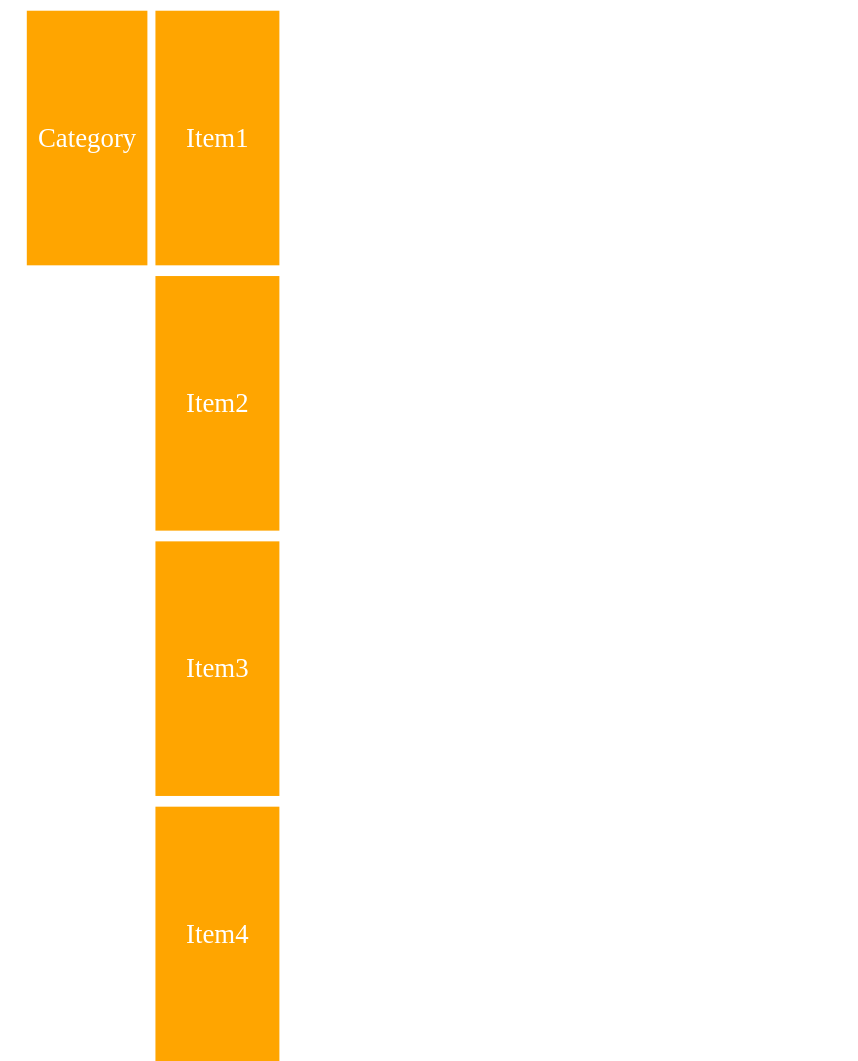
Repository: Huy48552/Grid-base
Page: layout2.html
The author's editor kept a copy of each file at every save. The page is drawn from the files as they stood at one save, then again after the next save.
The browser window is 1280 px wide. The pictures show the whole page, at 67% of full size.

Above is the page before, as saved 2021-08-23 15:10:06.

### layout2.html
<!DOCTYPE html>
<html lang="en">
<head>
    <meta charset="UTF-8">
    <meta http-equiv="X-UA-Compatible" content="IE=edge">
    <meta name="viewport" content="width=device-width, initial-scale=1.0">
    <link rel="stylesheet" href="./base.css">
    <link rel="stylesheet" href="style.css">
    <title>Document</title>
</head>
<body>
    <div class="grid wide">
        <div class="row">
            <div class="col l-2">
                <div class="item">Category</div>
            </div>

            <div class="icol l-10">
                <div class="row">
                    <div class="col l-2-4">
                        <div class="item">Item1</div>
                        <div class="item">Item2</div>
                        <div class="item">Item3</div>
                        <div class="item">Item4</div>
                        <!-- <div class="item">Item5</div> -->
                    </div>
                </div>
            </div>
        </div>
    </div>
</body>
</html>

### base.css
.grid {
    width: 100%;
    display: block;
    padding: 0;
}

.grid.wide {
    max-width: 1200px;
    margin: 0 auto;
}

.row {
    display: flex;
    flex-wrap: wrap;
    margin-left: -4px;
    margin-right: -4px;
}

.row.no-gutters {
    margin-left: 0;
    margin-right: 0;
}

.col {
    padding-left: 4px;
    padding-right: 4px;
}

.row.no-gutters .col {
    padding-left: 0;
    padding-right: 0;
}

.c-0 {
    display: none;
}

.c-1 {
    flex: 0 0 8.33333%;
    max-width: 8.33333%;
}

.c-2 {
    flex: 0 0 16.66667%;
    max-width: 16.66667%;
}

.c-3 {
    flex: 0 0 25%;
    max-width: 25%;
}

.c-4 {
    flex: 0 0 33.33333%;
    max-width: 33.33333%;
}

.c-5 {
    flex: 0 0 41.66667%;
    max-width: 41.66667%;
}

.c-6 {
    flex: 0 0 50%;
    max-width: 50%;
}

.c-7 {
    flex: 0 0 58.33333%;
    max-width: 58.33333%;
}

.c-8 {
    flex: 0 0 66.66667%;
    max-width: 66.66667%;
}

.c-9 {
    flex: 0 0 75%;
    max-width: 75%;
}

.c-10 {
    flex: 0 0 83.33333%;
    max-width: 83.33333%;
}

.c-11 {
    flex: 0 0 91.66667%;
    max-width: 91.66667%;
}

.c-12 {
    flex: 0 0 100%;
    max-width: 100%;
}

.c-o-1 {
    margin-left: 8.33333%;
}

.c-o-2 {
    margin-left: 16.66667%;
}

.c-o-3 {
    margin-left: 25%;
}

.c-o-4 {
    margin-left: 33.33333%;
}

.c-o-5 {
    margin-left: 41.66667%;
}

.c-o-6 {
    margin-left: 50%;
}

.c-o-7 {
    margin-left: 58.33333%;
}

.c-o-8 {
    margin-left: 66.66667%;
}

.c-o-9 {
    margin-left: 75%;
}

.c-o-10 {
    margin-left: 83.33333%;
}

.c-o-11 {
    margin-left: 91.66667%;
}

/* >= Tablet */
@media (min-width: 740px) {
    .row {
        margin-left: -8px;
        margin-right: -8px;
    }

    .col {
        padding-left: 8px;
        padding-right: 8px;
    }

    .m-0 {
        display: none;
    }

    .m-1,
    .m-2,
    .m-3,
    .m-4,
    .m-5,
    .m-6,
    .m-7,
    .m-8,
    .m-9,
    .m-10,
    .m-11,
    .m-12 {
        display: block;
    }

    .m-1 {
        flex: 0 0 8.33333%;
        max-width: 8.33333%;
    }

    .m-2 {
        flex: 0 0 16.66667%;
        max-width: 16.66667%;
    }

    .m-3 {
        flex: 0 0 25%;
        max-width: 25%;
    }

    .m-4 {
        flex: 0 0 33.33333%;
        max-width: 33.33333%;
    }

    .m-5 {
        flex: 0 0 41.66667%;
        max-width: 41.66667%;
    }

    .m-6 {
        flex: 0 0 50%;
        max-width: 50%;
    }

    .m-7 {
        flex: 0 0 58.33333%;
        max-width: 58.33333%;
    }

    .m-8 {
        flex: 0 0 66.66667%;
        max-width: 66.66667%;
    }

    .m-9 {
        flex: 0 0 75%;
        max-width: 75%;
    }

    .m-10 {
        flex: 0 0 83.33333%;
        max-width: 83.33333%;
    }

    .m-11 {
        flex: 0 0 91.66667%;
        max-width: 91.66667%;
    }

    .m-12 {
        flex: 0 0 100%;
        max-width: 100%;
    }

    .m-o-1 {
        margin-left: 8.33333%;
    }

    .m-o-2 {
        margin-left: 16.66667%;
    }

    .m-o-3 {
        margin-left: 25%;
    }

    .m-o-4 {
        margin-left: 33.33333%;
    }

    .m-o-5 {
        margin-left: 41.66667%;
    }

    .m-o-6 {
        margin-left: 50%;
    }

    .m-o-7 {
        margin-left: 58.33333%;
    }

    .m-o-8 {
        margin-left: 66.66667%;
    }

    .m-o-9 {
        margin-left: 75%;
    }

    .m-o-10 {
        margin-left: 83.33333%;
    }

    .m-o-11 {
        margin-left: 91.66667%;
    }
}

/* PC medium resolution > */
@media (min-width: 1113px) {
    .row {
        margin-left: -12px;
        margin-right: -12px;
    }

    .row.sm-gutter {
        margin-left: -5px;
        margin-right: -5px;
    }

    .col {
        padding-left: 12px;
        padding-right: 12px;
    }

    .row.sm-gutter .col {
        padding-left: 5px;
        padding-right: 5px;
    }

    .l-0 {
        display: none;
    }

    .l-1,
    .l-2,
    .l-2-4,
    .l-3,
    .l-4,
    .l-5,
    .l-6,
    .l-7,
    .l-8,
    .l-9,
    .l-10,
    .l-11,
    .l-12 {
        display: block;
    }

    .l-1 {
        flex: 0 0 8.33333%;
        max-width: 8.33333%;
    }

    .l-2 {
        flex: 0 0 16.66667%;
        max-width: 16.66667%;
    }

    .l-2-4 {
        flex: 0 0 20%;
        max-width: 20%;
    }

    .l-3 {
        flex: 0 0 25%;
        max-width: 25%;
    }

    .l-4 {
        flex: 0 0 33.33333%;
        max-width: 33.33333%;
    }

    .l-5 {
        flex: 0 0 41.66667%;
        max-width: 41.66667%;
    }

    .l-6 {
        flex: 0 0 50%;
        max-width: 50%;
    }

    .l-7 {
        flex: 0 0 58.33333%;
        max-width: 58.33333%;
    }

    .l-8 {
        flex: 0 0 66.66667%;
        max-width: 66.66667%;
    }

    .l-9 {
        flex: 0 0 75%;
        max-width: 75%;
    }

    .l-10 {
        flex: 0 0 83.33333%;
        max-width: 83.33333%;
    }

    .l-11 {
        flex: 0 0 91.66667%;
        max-width: 91.66667%;
    }

    .l-12 {
        flex: 0 0 100%;
        max-width: 100%;
    }

    .l-o-1 {
        margin-left: 8.33333%;
    }

    .l-o-2 {
        margin-left: 16.66667%;
    }

    .l-o-3 {
        margin-left: 25%;
    }

    .l-o-4 {
        margin-left: 33.33333%;
    }

    .l-o-5 {
        margin-left: 41.66667%;
    }

    .l-o-6 {
        margin-left: 50%;
    }

    .l-o-7 {
        margin-left: 58.33333%;
    }

    .l-o-8 {
        margin-left: 66.66667%;
    }

    .l-o-9 {
        margin-left: 75%;
    }

    .l-o-10 {
        margin-left: 83.33333%;
    }

    .l-o-11 {
        margin-left: 91.66667%;
    }
}

/* Tablet - PC low resolution */
@media (min-width: 740px) and (max-width: 1023px) {
    .wide {
        width: 644px;
    }
}

/* > PC low resolution */
@media (min-width: 1024px) and (max-width: 1239px) {
    .wide {
        width: 984px;
    }

    .wide .row {
        margin-left: -12px;
        margin-right: -12px;
    }

    .wide .row.sm-gutter {
        margin-left: -5px;
        margin-right: -5px;
    }

    .wide .col {
        padding-left: 12px;
        padding-right: 12px;
    }

    .wide .row.sm-gutter .col {
        padding-left: 5px;
        padding-right: 5px;
    }

    .wide .l-0 {
        display: none;
    }

    .wide .l-1,
    .wide .l-2,
    .wide .l-2-4,
    .wide .l-3,
    .wide .l-4,
    .wide .l-5,
    .wide .l-6,
    .wide .l-7,
    .wide .l-8,
    .wide .l-9,
    .wide .l-10,
    .wide .l-11,
    .wide .l-12 {
        display: block;
    }

    .wide .l-1 {
        flex: 0 0 8.33333%;
        max-width: 8.33333%;
    }

    .wide .l-2 {
        flex: 0 0 16.66667%;
        max-width: 16.66667%;
    }

    .wide .l-2-4 {
        flex: 0 0 20%;
        max-width: 20%;
    }

    .wide .l-3 {
        flex: 0 0 25%;
        max-width: 25%;
    }

    .wide .l-4 {
        flex: 0 0 33.33333%;
        max-width: 33.33333%;
    }

    .wide .l-5 {
        flex: 0 0 41.66667%;
        max-width: 41.66667%;
    }

    .wide .l-6 {
        flex: 0 0 50%;
        max-width: 50%;
    }

    .wide .l-7 {
        flex: 0 0 58.33333%;
        max-width: 58.33333%;
    }

    .wide .l-8 {
        flex: 0 0 66.66667%;
        max-width: 66.66667%;
    }

    .wide .l-9 {
        flex: 0 0 75%;
        max-width: 75%;
    }

    .wide .l-10 {
        flex: 0 0 83.33333%;
        max-width: 83.33333%;
    }

    .wide .l-11 {
        flex: 0 0 91.66667%;
        max-width: 91.66667%;
    }

    .wide .l-12 {
        flex: 0 0 100%;
        max-width: 100%;
    }

    .wide .l-o-1 {
        margin-left: 8.33333%;
    }

    .wide .l-o-2 {
        margin-left: 16.66667%;
    }

    .wide .l-o-3 {
        margin-left: 25%;
    }

    .wide .l-o-4 {
        margin-left: 33.33333%;
    }

    .wide .l-o-5 {
        margin-left: 41.66667%;
    }

    .wide .l-o-6 {
        margin-left: 50%;
    }

    .wide .l-o-7 {
        margin-left: 58.33333%;
    }

    .wide .l-o-8 {
        margin-left: 66.66667%;
    }

    .wide .l-o-9 {
        margin-left: 75%;
    }

    .wide .l-o-10 {
        margin-left: 83.33333%;
    }

    .wide .l-o-11 {
        margin-left: 91.66667%;
    }
}

### style.css
* {
    padding: 0;
    margin: 0;
    box-sizing: border-box;
}

.item {
    margin-top: 16px;
    font-size: 40px;
    color: #fff;
    text-align: center;
    min-height: 380px;
    line-height: 380px;
    background-color: orange;
}

After the next save:
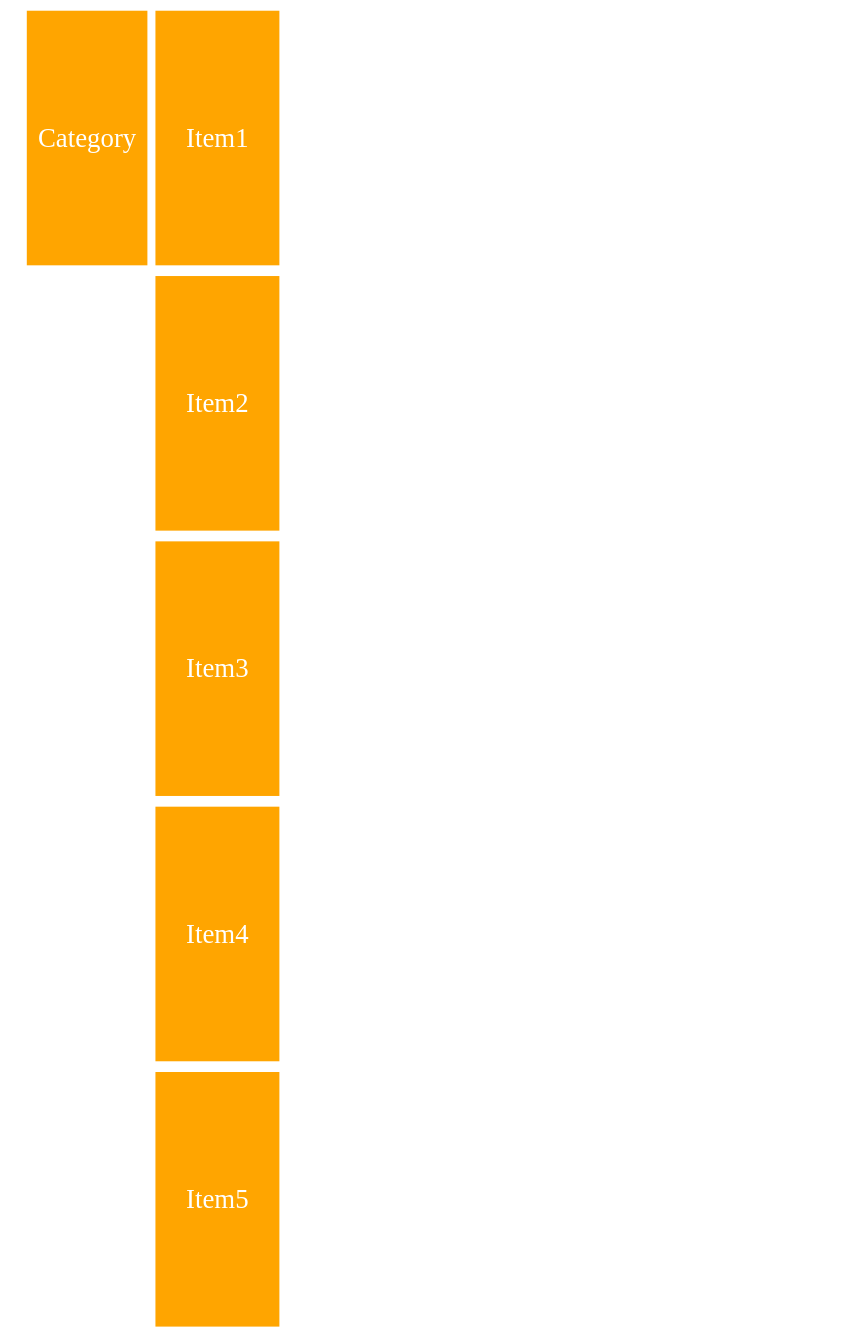
Saved 4 s later.
--- a/layout2.html
+++ b/layout2.html
@@ -22,7 +22,7 @@
                         <div class="item">Item2</div>
                         <div class="item">Item3</div>
                         <div class="item">Item4</div>
-                        <!-- <div class="item">Item5</div> -->
+                        <div class="item">Item5</div>
                     </div>
                 </div>
             </div>
